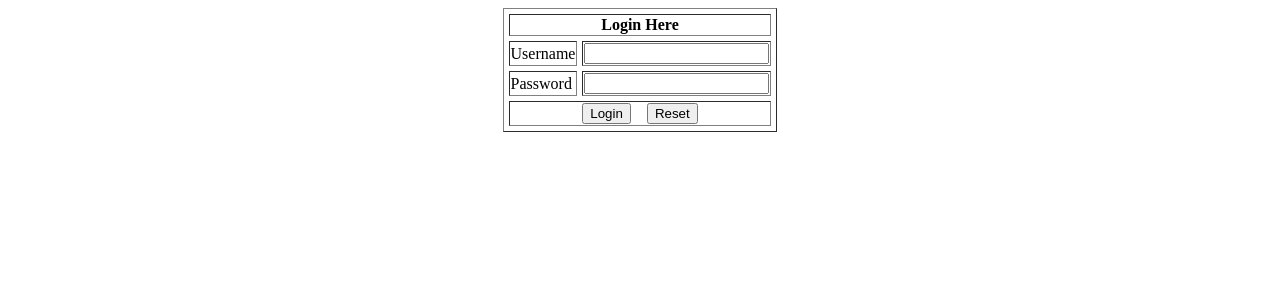
Repository: pavankumarchavan1/fall_detection
Page: http://localhost/FallDetectionApp/LoginMySql.jsp
An editor plug-in stored every save of this project. The page is shown before and after the next save, followed by the edit.
The browser window is 1280 px wide. The pictures show the whole page.
The page is served by Tomcat 9. Other server files are loaded and not shown.

Above is the page before, as saved 2019-01-27 20:36:00.

### FallDetectionApp/WebContent/LoginMySql.jsp
<%@page contentType="text/html" pageEncoding="UTF-8"%>
<!DOCTYPE html>
<html>
    <head>
        <meta http-equiv="Content-Type" content="text/html; charset=UTF-8">
        <title>Login Demo with JSP</title>
    </head>
    <body>
        <form method="post" action="ValidateMySql.jsp">
            <center>
            <table border="1" cellspacing="5" cellspacing="2">
                <thead>
                    <tr>
                        <th colspan="2">Login Here</th>
                    </tr>
                </thead>
                <tbody>
                    <tr>
                        <td>Username</td>
                        <td><input type="text" name="username" required/></td>
                    </tr>
                    <tr>
                        <td>Password</td>
                        <td><input type="password" name="password" required/></td>
                    </tr>
                    <tr>
                        <td colspan="2" align="center"><input type="submit" value="Login" />
                            &nbsp;&nbsp;
                            <input type="reset" value="Reset" />
                        </td>
                    </tr>
                </tbody>
            </table>
            </center>
        </form>
    </body>
</html>

After the next save:
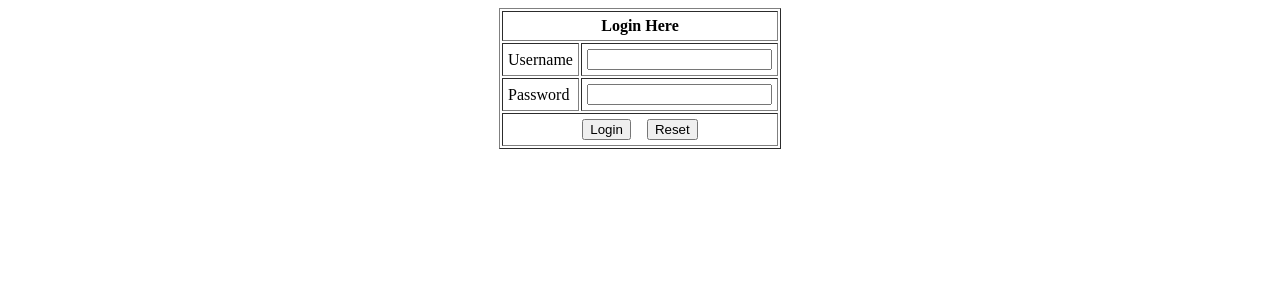
Saved 14 s later.
--- a/FallDetectionApp/WebContent/LoginMySql.jsp
+++ b/FallDetectionApp/WebContent/LoginMySql.jsp
@@ -8,7 +8,7 @@
     <body>
         <form method="post" action="ValidateMySql.jsp">
             <center>
-            <table border="1" cellspacing="5" cellspacing="2">
+            <table border="1" cellpadding="5" >
                 <thead>
                     <tr>
                         <th colspan="2">Login Here</th>
